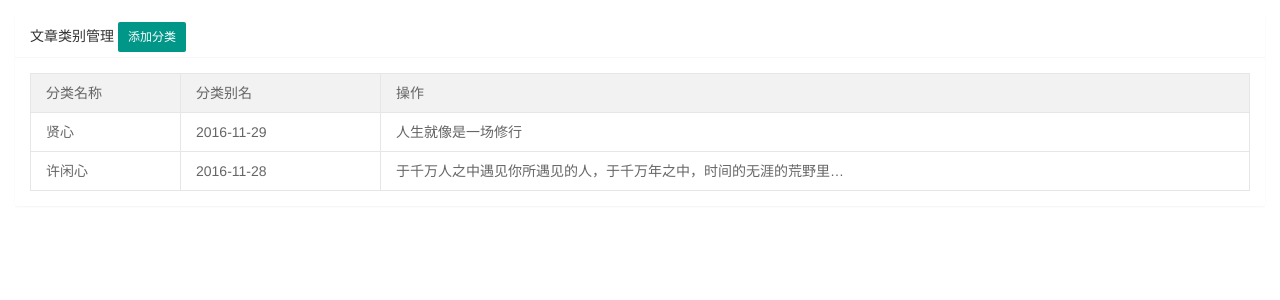
Repository: xxsleep/-
Page: home/article/art_cate.html
The author's editor kept a copy of each file at every save. The page is drawn from the files as they stood at one save, then again after the next save.
The browser window is 1280 px wide. The pictures show the whole page.

Above is the page before, as saved 2020-11-27 17:36:57.

After the next save:
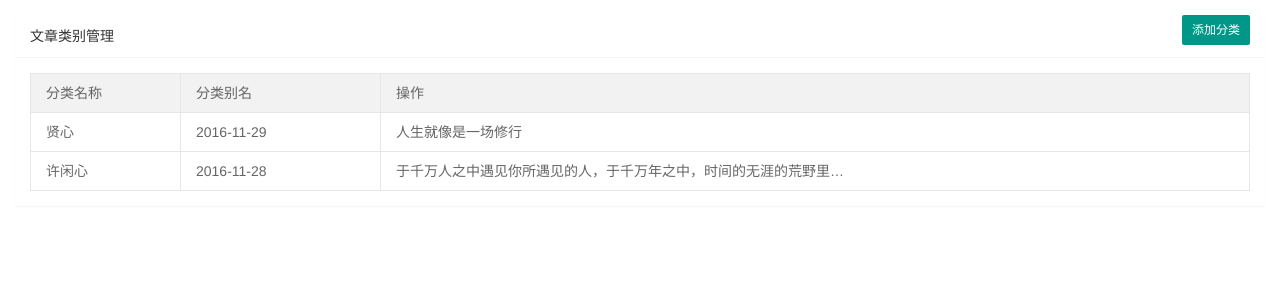
Saved 15 s later.
--- a/assets/css/article/art_cate.css
+++ b/assets/css/article/art_cate.css
@@ -6,3 +6,7 @@
 body {
     padding: 15px;
 }
+
+#upBtn {
+    float: right;
+}
